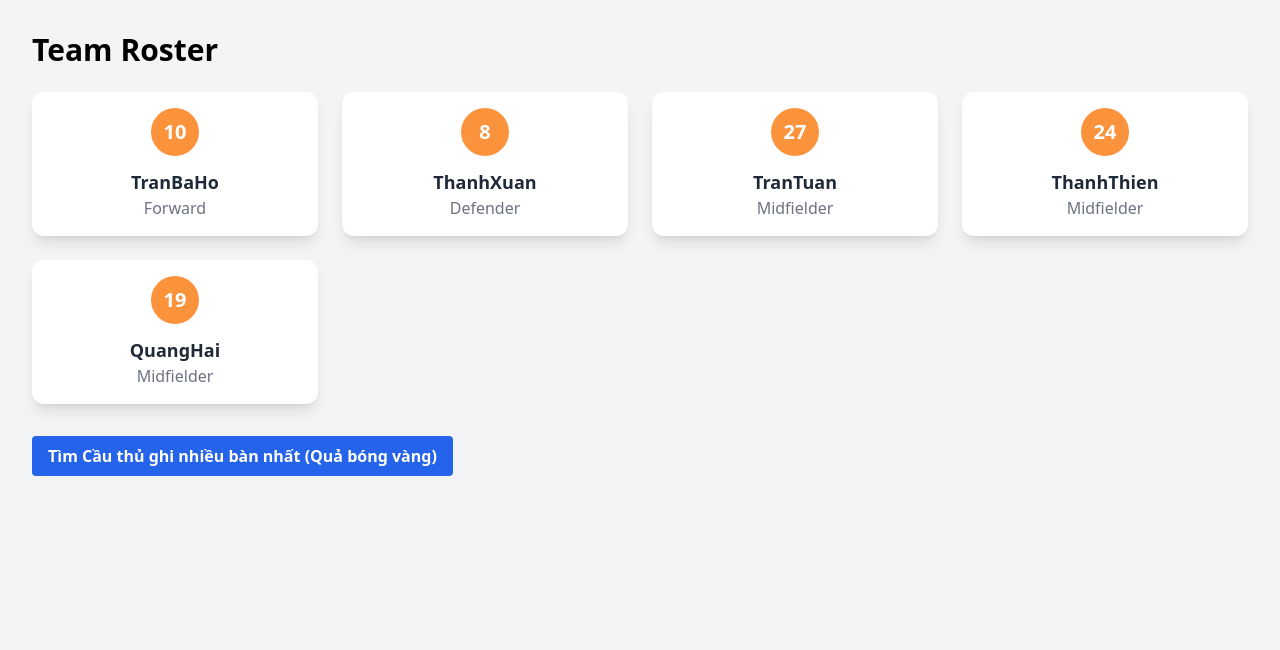
Repository: binhphanbp/ECMAScript_WEB501_WD20301
Page: Lab/Lab6-final-2/index.html
An editor plug-in stored every save of this project. The page is shown before and after the next save, followed by the edit.
The browser window is 1280 px wide. The pictures show the whole page.
Some web libraries are served in a nearby version.

Above is the page before, as saved 2025-10-14 10:08:05.

### Lab/Lab6-final-2/index.html
<!DOCTYPE html>
<html lang="vi">
  <head>
    <meta charset="UTF-8" />
    <meta name="viewport" content="width=device-width, initial-scale=1.0" />
    <title>Player Management</title>
    <script src="https://cdn.tailwindcss.com"></script>
  </head>
  <body class="bg-gray-100 p-8">
    <div class="container mx-auto">
      <h1 class="text-3xl font-bold mb-6">Team Roster</h1>

      <div
        id="player-cards-container"
        class="grid grid-cols-1 md:grid-cols-2 lg:grid-cols-4 gap-6"
      ></div>

      <div class="mt-8">
        <button
          id="btnFindTopScorer"
          class="bg-blue-600 text-white font-bold py-2 px-4 rounded hover:bg-blue-700"
        >
          Tìm Cầu thủ ghi nhiều bàn nhất (Quả bóng vàng)
        </button>
      </div>
    </div>

    <script type="module" src="./js/main.js"></script>
  </body>
</html>

### Lab/Lab6-final-2/js/main.js
// js/main.js

// Import các class cần thiết từ các file khác
import { Player } from './models.js';
import { PlayerList } from './PlayerList.js';

// Sự kiện này đảm bảo code chỉ chạy khi toàn bộ trang đã được tải xong
window.addEventListener('DOMContentLoaded', () => {
  // 1. Khởi tạo dữ liệu cầu thủ
  const p1 = new Player('TranBaHo', 1999, 'TP.HCM', 10, 'Forward', 30);
  const p2 = new Player('ThanhXuan', 1997, 'TP.HCM', 8, 'Defender', 20);
  const p3 = new Player('TranTuan', 1994, 'TP.HCM', 27, 'Midfielder', 22);
  const p4 = new Player('ThanhThien', 2004, 'TP.HCM', 24, 'Midfielder', 15);
  const p5 = new Player('QuangHai', 1997, 'Ha Noi', 19, 'Midfielder', 30); // Thêm cầu thủ để test trường hợp có 2 người bằng bàn thắng

  const initialPlayers = [p1, p2, p3, p4, p5];

  // 2. Tạo một đối tượng quản lý danh sách cầu thủ
  const playerListManager = new PlayerList(initialPlayers);

  // 3. Hiển thị danh sách ban đầu ra màn hình
  playerListManager.display();

  // 4. Gán sự kiện cho nút "Tìm Cầu thủ ghi nhiều bàn nhất"
  document.getElementById('btnFindTopScorer').addEventListener('click', () => {
    const topScorers = playerListManager.findTopScorers();

    if (topScorers.length > 0) {
      // Lấy tên của các cầu thủ và nối lại thành một chuỗi
      const topScorerNames = topScorers.map((player) => player.name).join(', ');
      alert(
        `Cầu thủ ghi nhiều bàn nhất là: ${topScorerNames} với ${topScorers[0].getGoals()} bàn!`
      );
    } else {
      alert('Không có cầu thủ nào trong danh sách!');
    }
  });
});

### Lab/Lab6-final-2/js/models.js
// js/models.js

class Person {
  constructor(name, birthYear, hometown) {
    this.name = name;
    this.birthYear = birthYear;
    this.hometown = hometown;
  }

  getInfo() {
    return `Name: ${this.name}, Age: ${this.getAge()}, Hometown: ${
      this.hometown
    }`;
  }

  // Tính tuổi dựa trên năm sinh, giúp thông tin luôn chính xác
  getAge() {
    const currentYear = new Date().getFullYear();
    return currentYear - this.birthYear;
  }

  getHometown() {
    return this.hometown;
  }

  // Đổi quê quán
  setHometown(newHometown) {
    this.hometown = newHometown;
  }
}

class Player extends Person {
  constructor(name, birthYear, hometown, jerseyNumber, position, goals) {
    // Gọi constructor của class cha (Person)
    super(name, birthYear, hometown);

    this.jerseyNumber = jerseyNumber;
    this.position = position;
    this.goals = goals;
  }

  getPosition() {
    return this.position;
  }

  getJerseyNumber() {
    return this.jerseyNumber;
  }

  getGoals() {
    return this.goals;
  }

  // Ghi đè phương thức getInfo() để thêm thông tin của cầu thủ
  getInfo() {
    const baseInfo = super.getInfo();
    return `${baseInfo}, Jersey: #${this.jerseyNumber}, Position: ${this.position}, Goals: ${this.goals}`;
  }
}

// Export cả hai class để file khác có thể import
export { Person, Player };

### Lab/Lab6-final-2/js/PlayerList.js
// js/PlayerList.js

class PlayerList {
  constructor(list = []) {
    this.list = list;
  }

  /**
   * Tìm (các) cầu thủ ghi nhiều bàn thắng nhất.
   * Logic này tương ứng với chức năng "quabongvang" của thầy bạn.
   * @returns {Player[]} - Mảng chứa các cầu thủ ghi nhiều bàn nhất.
   */
  findTopScorers() {
    // Lấy danh sách cầu thủ từ thuộc tính list của class
    const playerList = this.list;

    // Kiểm tra nếu danh sách không hợp lệ hoặc rỗng thì trả về mảng rỗng
    if (!Array.isArray(playerList) || playerList.length === 0) {
      return [];
    }

    // 1. Tìm ra số bàn thắng cao nhất
    const maxGoals = Math.max(...playerList.map((player) => player.goals));

    // 2. Lọc ra những cầu thủ có số bàn thắng bằng với số cao nhất đó
    const topScorers = playerList.filter((player) => player.goals === maxGoals);

    return topScorers;
  }

  /**
   * Hiển thị danh sách cầu thủ ra giao diện HTML
   */
  display() {
    const container = document.getElementById('player-cards-container');
    let htmlContent = '';

    this.list.forEach((player) => {
      htmlContent += `
                <div class="bg-white p-4 shadow-lg rounded-xl hover:shadow-2xl transition-shadow duration-300">
                    <div class="bg-orange-400 w-12 h-12 flex items-center justify-center rounded-full text-white font-bold text-xl mb-3 mx-auto">
                        ${player.getJerseyNumber()}
                    </div>
                    <div class="text-center">
                        <p class="font-extrabold text-lg text-gray-800">${
                          player.name
                        }</p>
                        <p class="text-gray-500">${player.position}</p>
                    </div>
                </div>
            `;
    });

    // Gán toàn bộ chuỗi HTML vào container một lần để tối ưu hiệu suất
    container.innerHTML = htmlContent;
  }
}

// Export class để file main.js có thể import
export { PlayerList };

Loaded but not shown: Lab/Lab6-final-2/style.css (no stored copy; drawn as an empty file)

After the next save:
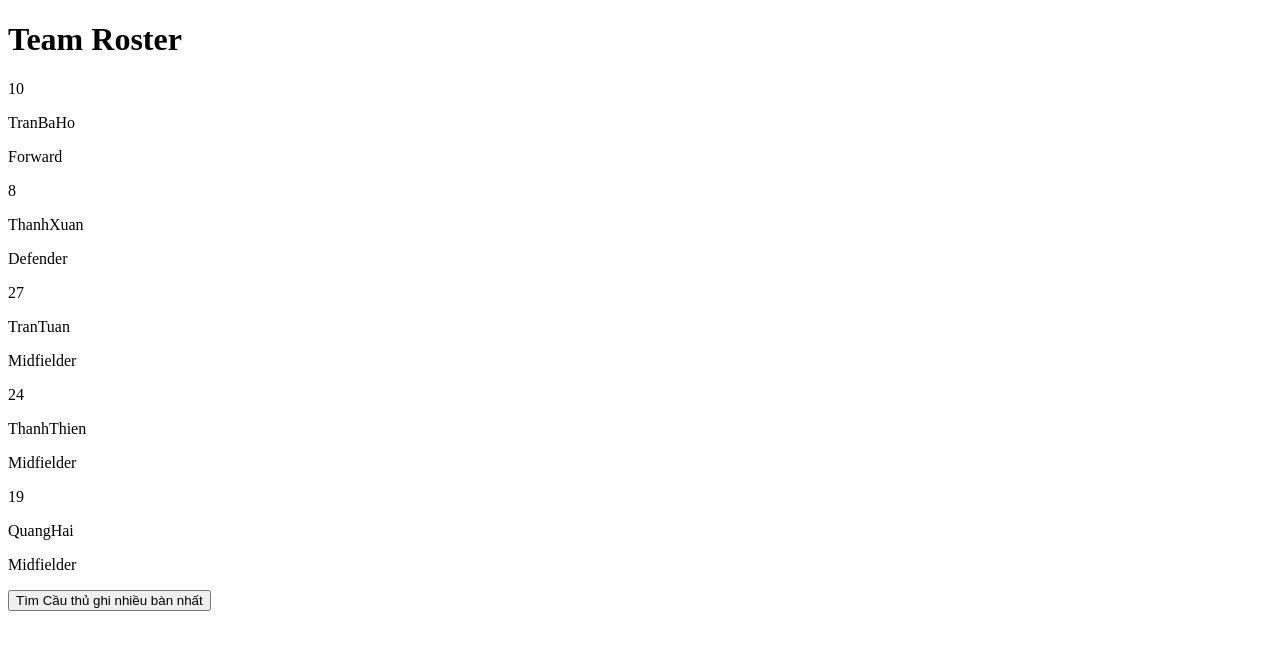
Saved 9 s later.
--- a/Lab/Lab6-final-2/index.html
+++ b/Lab/Lab6-final-2/index.html
@@ -4,24 +4,16 @@
     <meta charset="UTF-8" />
     <meta name="viewport" content="width=device-width, initial-scale=1.0" />
     <title>Player Management</title>
-    <script src="https://cdn.tailwindcss.com"></script>
+    <link rel="stylesheet" href="style.css" />
   </head>
-  <body class="bg-gray-100 p-8">
-    <div class="container mx-auto">
-      <h1 class="text-3xl font-bold mb-6">Team Roster</h1>
+  <body>
+    <div class="container">
+      <h1>Team Roster</h1>
 
-      <div
-        id="player-cards-container"
-        class="grid grid-cols-1 md:grid-cols-2 lg:grid-cols-4 gap-6"
-      ></div>
+      <div id="player-cards-container" class="player-grid"></div>
 
-      <div class="mt-8">
-        <button
-          id="btnFindTopScorer"
-          class="bg-blue-600 text-white font-bold py-2 px-4 rounded hover:bg-blue-700"
-        >
-          Tìm Cầu thủ ghi nhiều bàn nhất (Quả bóng vàng)
-        </button>
+      <div class="controls">
+        <button id="btnFindTopScorer">Tìm Cầu thủ ghi nhiều bàn nhất</button>
       </div>
     </div>
 
